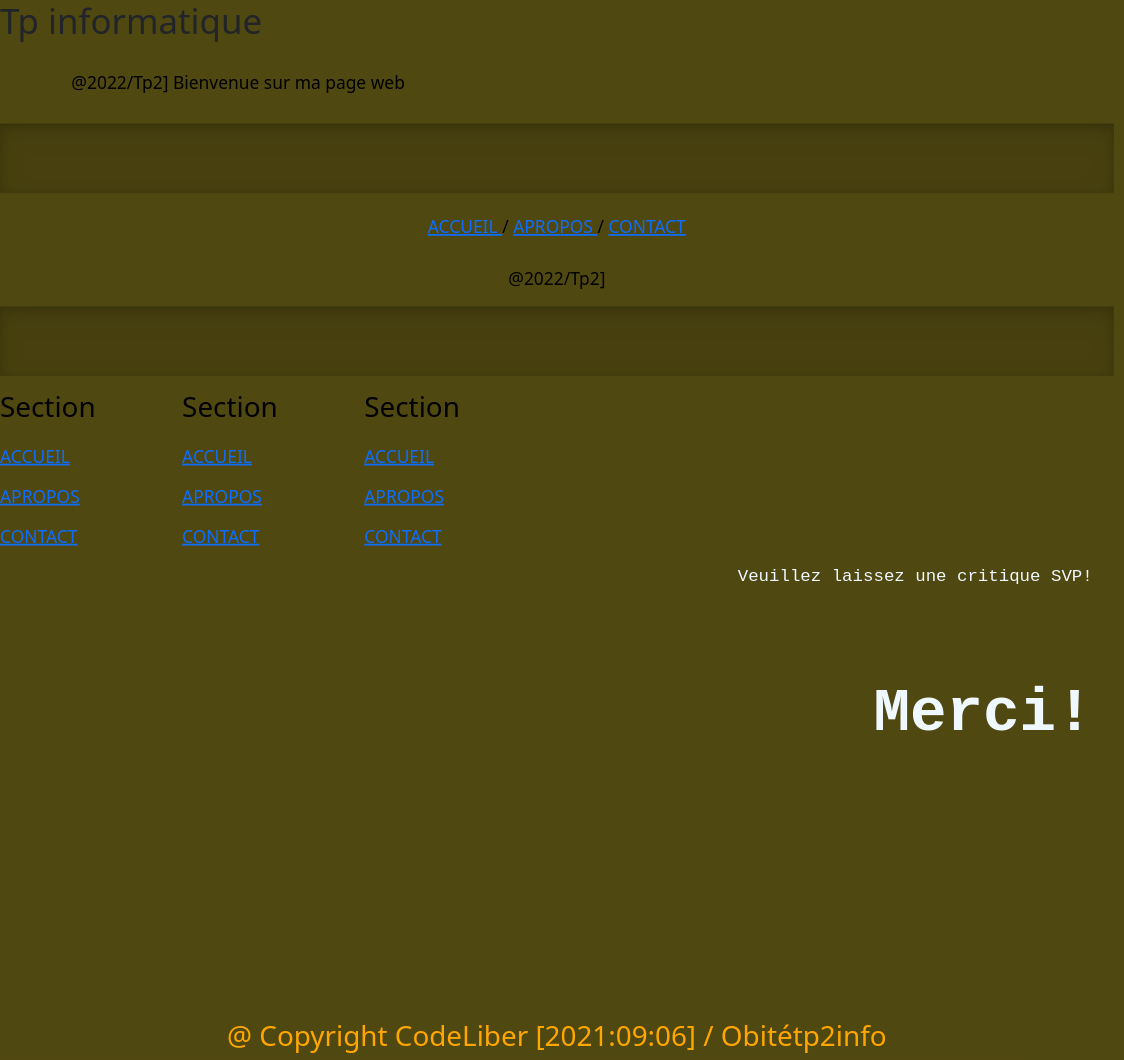
Repository: zezesylvain/cours-l3-info-2023-2024
Page: k.obite/Tp 2/Tp2/Index.html
These files come from the project's save history. The page is drawn as it stood at one moment and after the next save; the edit follows.
The browser window is 1280 px wide. The page is 1292 px wide, so the pictures cover 1292 px, including what lies to the right of the window. The pictures show the part of the page from y = 200 to 1418 px (the page is 1418 px tall), at 87% of full size.

Above is the page before, as saved 2021-12-15 10:43:27.

### k.obite/Tp 2/Tp2/Index.html
<!doctype html>
<html lang="en">
  <head>
    <!-- Required meta tags -->
    <meta charset="utf-8">
    <meta name="viewport" content="width=device-width, initial-scale=1">

    <!-- Bootstrap CSS -->
    <link href="https://cdn.jsdelivr.net/npm/bootstrap@5.1.3/dist/css/bootstrap.min.css" rel="stylesheet" integrity="sha384-1BmE4kWBq78iYhFldvKuhfTAU6auU8tT94WrHftjDbrCEXSU1oBoqyl2QvZ6jIW3" crossorigin="anonymous">
    <link rel="stylesheet" href="style.css">

    <title>Tp2, programmation, web</title>
  </head>

  <img  id="photo0" src="img10.png">
  <h1> Tp informatique </h1>


  <nav>

  </nav>

  <body>

 <br>


    <div class="container">
      <div class="row">
        <div class="col-md-6">
          <p>@2022/Tp2] Bienvenue sur ma page web</p>
        </div>
        <div class="col-md-6">

        </div>

        <p class="col-md-6">  </p>

        <p  class="col-md-6" id="fichier1">


        </p>
      </div>
    </div>

    <div id="vide">

    </div>

<br>

      <div class="container">


     <div class="row">


<br>
<br>
     <p  class="col-md-12" id="fichier11">

     <a href="index.html"> ACCUEIL </a> /
     <a href="about.html"> APROPOS </a> /
     <a href="contact.html">  CONTACT </a>

     </p>

     <p id="deco" class="col-md-12"> @2022/Tp2] </p>

    </div>
     </div>

     <div id="vide"> </div>

      <div class="row">

    <br>

         <div class="row">

         <p  class="col-md-6" id="fichier111">

           <div class="row">
          <h2 class="col-md-2"> Section </h2>
          <h2 class="col-md-2"> Section </h2>
          <h2 class="col-md-2"> Section </h2>

        </div>
        </p>

         <p class="row">

          <a class="col-md-2" href="index.html"> ACCUEIL  </a>
         <a  class="col-md-2" href="Index.html"> ACCUEIL </a>
         <a class="col-md-2" href="Index.html"> ACCUEIL </a>
         </p>

         <p class="row">

         <a class="col-md-2" href="about.html">  APROPOS  </a>
         <a class="col-md-2" href="Index.html"> APROPOS </a>
         <a class="col-md-2" href="Index.html"> APROPOS </a>
         </p>

         <p class="row">

         <a class="col-md-2" href="contact.html"> CONTACT  </a>
         <a class="col-md-2" href="Index.html"> CONTACT </a>
         <a class="col-md-2" href="Index.html"> CONTACT </a>
         </p>

         <p id="deco2" class="col-md-12"> Veuillez laissez une critique SVP!
           <br>
           <br>
           <br>
           <br>

          <b id="merci"> Merci!</b>

        </p>

         </p>


     <br>
     <br>
     <br>


        </div>

        </div>

        <br>
        <br>
        <br>
        <br>
        <br>
        <br>
        <br>
        <br>


        <footer>
          <h2 id="copy"> @ Copyright CodeLiber [2021:09:06] / Obitétp2info </h2>
       </footer>






    <!-- Optional JavaScript; choose one of the two! -->

    <!-- Option 1: Bootstrap Bundle with Popper -->
    <script src="https://cdn.jsdelivr.net/npm/bootstrap@5.1.3/dist/js/bootstrap.bundle.min.js" integrity="sha384-ka7Sk0Gln4gmtz2MlQnikT1wXgYsOg+OMhuP+IlRH9sENBO0LRn5q+8nbTov4+1p" crossorigin="anonymous"></script>

    <!-- Option 2: Separate Popper and Bootstrap JS -->
    <!--
    <script src="https://cdn.jsdelivr.net/npm/@popperjs/core@2.10.2/dist/umd/popper.min.js" integrity="sha384-7+zCNj/IqJ95wo16oMtfsKbZ9ccEh31eOz1HGyDuCQ6wgnyJNSYdrPa03rtR1zdB" crossorigin="anonymous"></script>
    <script src="https://cdn.jsdelivr.net/npm/bootstrap@5.1.3/dist/js/bootstrap.min.js" integrity="sha384-QJHtvGhmr9XOIpI6YVutG+2QOK9T+ZnN4kzFN1RtK3zEFEIsxhlmWl5/YESvpZ13" crossorigin="anonymous"></script>
    -->
  </body>
</html>

### k.obite/Tp 2/Tp2/style.css

#copy{

    color: rgb(255, 166, 00);
    text-align: center;
}

body{

    background-color:rgb(80, 72, 17)

}




#photo0{

    width: 100%;
    height: 200px;

}



#fichier1{

    font-size: 40px;
    text-align: right;
    color: aliceblue

}

div{


    border: 2px;
    text-align: left;
    font-size: 20px;
    color: black;

}

#vide{

    height: 5rem;
    background-color: rgba(0, 0, 0, 0.1);
    border: solid rgba(0, 0, 0, 0.15);
    border-width: 1px 0;
    box-shadow: inset 0 .5em 1.5em rgba(0, 0, 0, .1), inset 0 .125em .5em rgba(0, 0, 0, .15);
}

#deco{

    text-align: center;
}

#fichier11{

    text-align: center;
}

#deco2{

    color:aliceblue;
    font-family: 'Courier New', Courier, monospace;
    text-align: right;
}

#merci{
    font-size: 70px;
}

#msg{



}

After the next save:
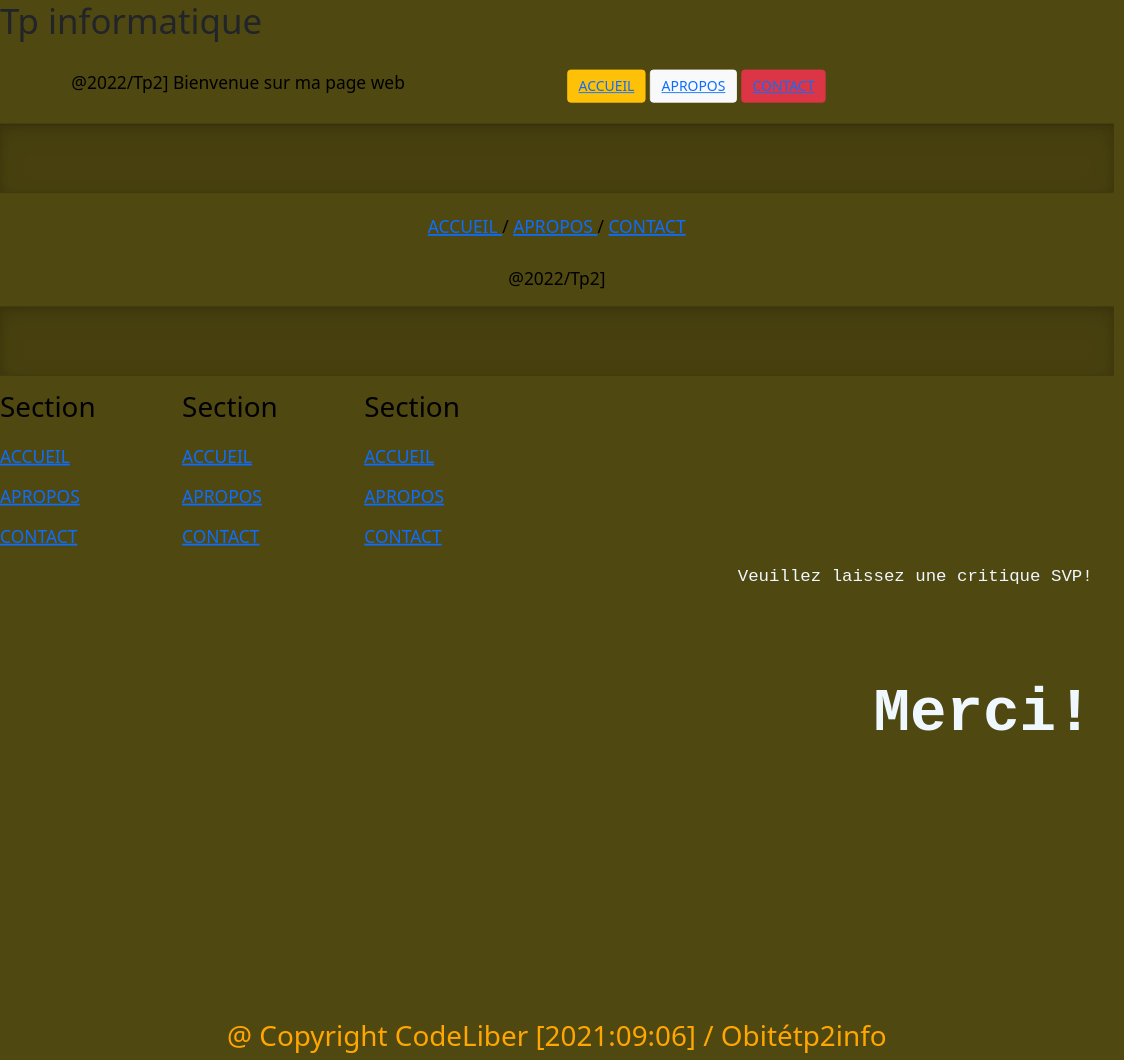
Saved 4 s later.
--- a/k.obite/Tp 2/Tp2/Index.html
+++ b/k.obite/Tp 2/Tp2/Index.html
@@ -31,7 +31,9 @@
           <p>@2022/Tp2] Bienvenue sur ma page web</p>
         </div>
         <div class="col-md-6">
-
+          <button type="button" class="btn btn-warning"> <a href="index.html"> ACCUEIL </a>  </button>
+          <button type="button" class="btn btn-light"> <a href="about.html"> APROPOS </a> </button>
+          <button type="button" class="btn btn-danger"> <a href="contact.html">  CONTACT </a></button>
         </div>
 
         <p class="col-md-6">  </p>
